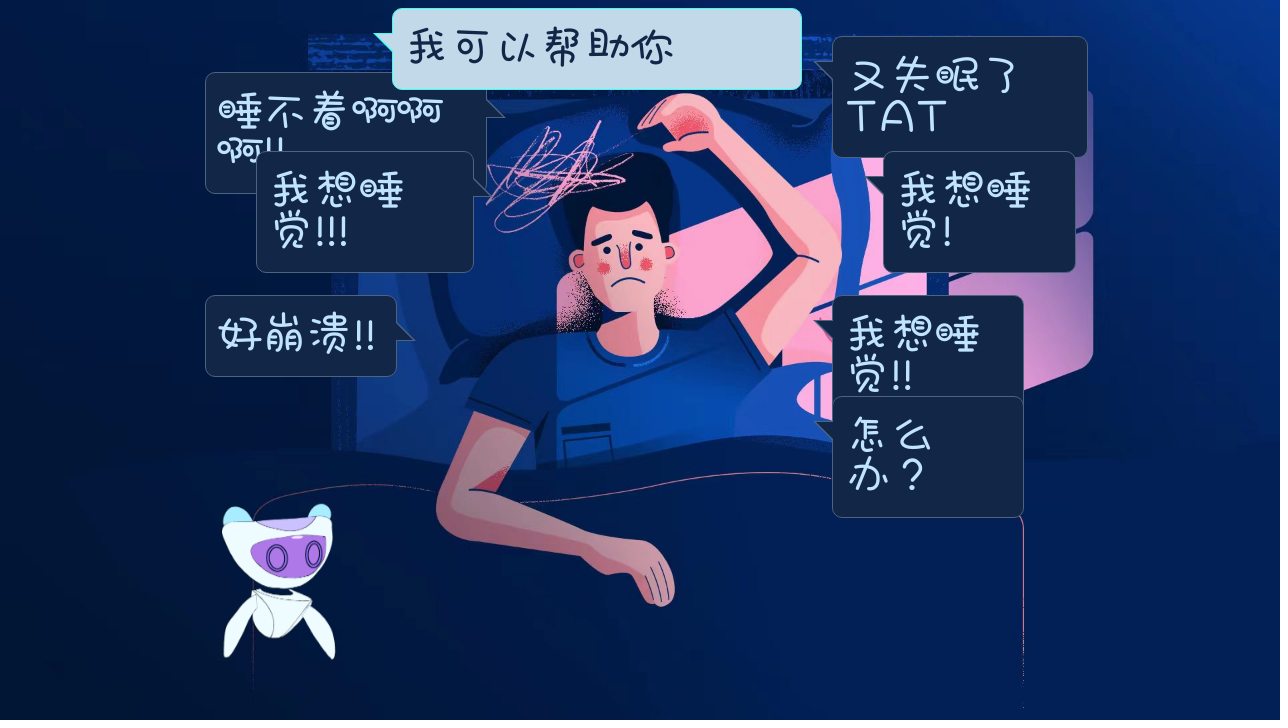
Repository: chjyume/zhongyi
Page: index2.html
An editor plug-in stored every save of this project. The page is shown before and after the next save, followed by the edit.
The browser window is 1280 px wide. The page is 1288 px wide, so the pictures cover 1288 px, including what lies to the right of the window. The pictures show the whole page.

Above is the page before, as saved 2023-06-27 09:16:15.

After the next save:
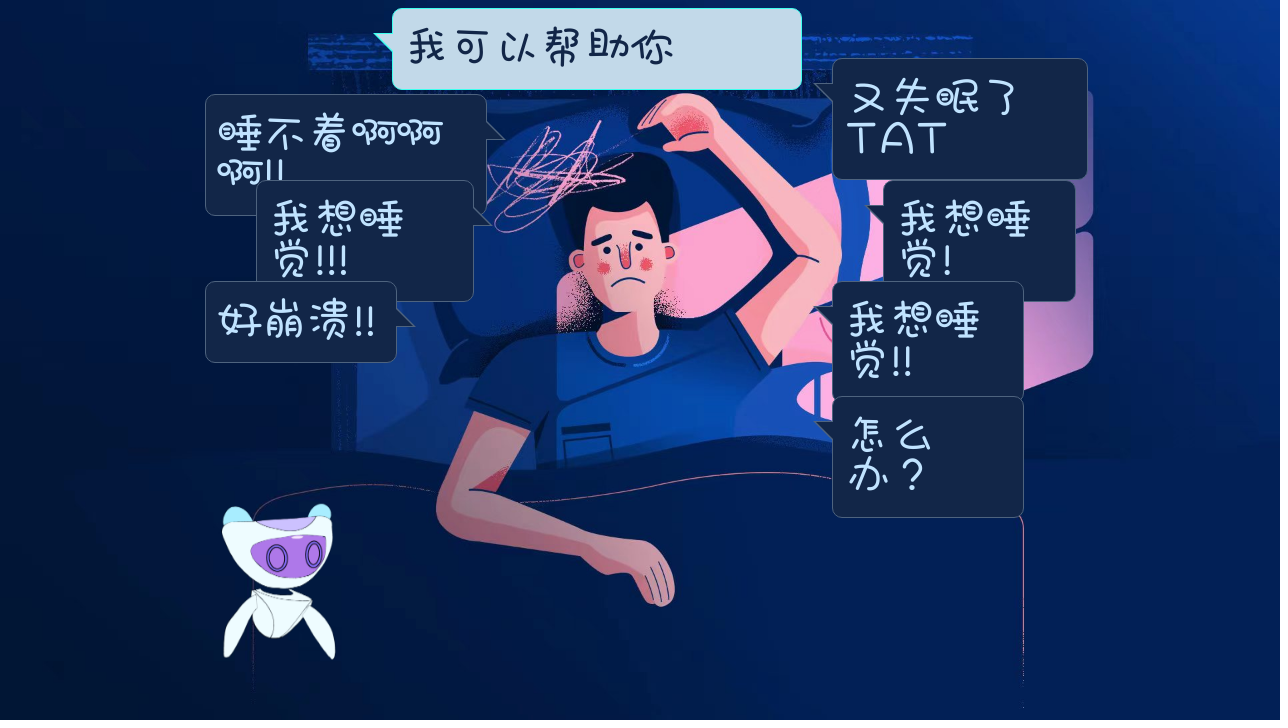
Saved 37 s later.
--- a/css/index2.css
+++ b/css/index2.css
@@ -74,21 +74,21 @@
 
 
   #text1{
-    top: calc(5%);
+    top: calc(8%);
     animation: bubble 2s linear 0s 1 normal forwards;
   }
   #text2{
-    top: calc(21%);
+    top: calc(25%);
     margin-left: calc(4%);
     animation: bubble 2s linear 1.5s 1 normal forwards;
   }
   #text3{
-    top: calc(10%);
+    top: calc(13%);
     margin-right: calc(2%);
     animation: bubble 2s linear 1s 1 normal forwards;
   }
   #text4{
-    top: calc(41%);
+    top: calc(39%);
     margin-right: calc(3%);
     animation: bubble 2s linear 2s 1 normal forwards;
   }
